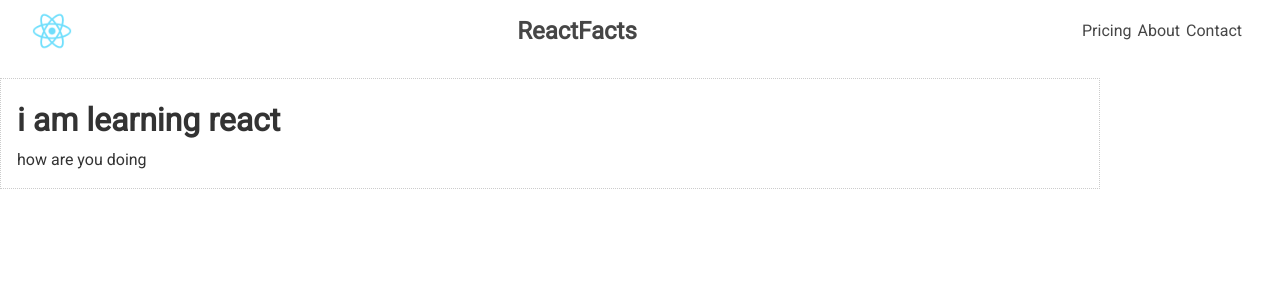
Repository: Richswag009/my-travel-journal
Page: /
The author's editor kept a copy of each file at every save. The page is drawn from the files as they stood at one save, then again after the next save.
The browser window is 1280 px wide. The pictures show the whole page.
The project was rebuilt for these pictures with package versions that can differ from the ones it lists, and the page was loaded fresh each time.

Above is the page before, as saved 2022-06-14 17:43:38.

### public/index.html
<!DOCTYPE html>
<html lang="en">
  <head>
    <meta charset="utf-8" />
    <link rel="icon" href="%PUBLIC_URL%/favicon.ico" />
    <meta name="viewport" content="width=device-width, initial-scale=1" />
    <meta name="theme-color" content="#000000" />
    <meta name="description"content="Web site created using create-react-app"/>
    <link rel="apple-touch-icon" href="%PUBLIC_URL%/logo192.png" />
    <link rel="manifest" href="%PUBLIC_URL%/manifest.json" />
    <title>React Fact</title>
  </head>
  <body>
    <noscript>You need to enable JavaScript to run this app.</noscript>
    <div id="root"></div>

  </body>
</html>

### src/App.js

import React,{Component} from 'react';
import './App.css';
import Maincontent from './component/maincontent/Maincontent';
import Navbar from './component/layout/Navbar';
// import Users from './component/users/Users';
class App extends Component{
  render(){

    return (
      <div className="App">
       <Navbar/>
       <Maincontent/>
        </div>
    );
  }
}

export default App;

### src/App.css
@import url('https://fonts.googleapis.com/css?family=Roboto');

/* Global Styles */
:root {
  --primary-color: #dc3545;
  --dark-color: #333333;
  --light-color: #f4f4f4;
  --danger-color: #dc3545;
  --success-color: #28a745;
}

* {
  box-sizing: border-box;
  margin: 0;
  padding: 0;
}

body {
  font-family: 'Roboto', sans-serif;
  font-size: 1rem;
  line-height: 1.6;
  background-color: #fff;
  color: #333;
}

a {
  color: var(--primary-color);
  text-decoration: none;
}

a:hover {
  color: #666;
}

ul {
  list-style: none;
}

img {
  width: 100%;
}

/* Utilities */
.container {
  max-width: 1100px;
  margin: auto;
  overflow: hidden;
  padding: 0 2rem;
}

/* Text Styles*/
.x-large {
  font-size: 4rem;
  line-height: 1.2;
  margin-bottom: 1rem;
}

.large {
  font-size: 3rem;
  line-height: 1.2;
  margin-bottom: 1rem;
}

.lead {
  font-size: 1.5rem;
  margin-bottom: 1rem;
}

.text-center {
  text-align: center;
}

.text-primary {
  color: var(--primary-color);
}

.text-dark {
  color: var(--dark-color);
}

.text-success {
  color: var(--success-color);
}

.text-danger {
  color: var(--danger-color);
}

.text-center {
  text-align: center;
}

.text-right {
  text-align: right;
}

.text-left {
  text-align: left;
}

/* Center All */
.all-center {
  display: flex;
  flex-direction: column;
  width: 100%;
  margin: auto;
  justify-content: center;
  align-items: center;
  text-align: center;
}

/* Cards */
.card {
  padding: 1rem;
  border: #ccc 1px dotted;
  margin: 0.7rem 0;
}

/* List */
.list {
  margin: 0.5rem 0;
}

.list li {
  padding-bottom: 0.3rem;
}

/* Padding */
.p {
  padding: 0.5rem;
}
.p-1 {
  padding: 1rem;
}
.p-2 {
  padding: 2rem;
}
.p-3 {
  padding: 3rem;
}
.py {
  padding: 0.5rem 0;
}
.py-1 {
  padding: 1rem 0;
}
.py-2 {
  padding: 2rem 0;
}
.py-3 {
  padding: 3rem 0;
}

/* Margin */
.m {
  margin: 0.5rem;
}
.m-1 {
  margin: 1rem;
}
.m-2 {
  margin: 2rem;
}
.m-3 {
  margin: 3rem;
}
.my {
  margin: 0.5rem 0;
}
.my-1 {
  margin: 1rem 0;
}
.my-2 {
  margin: 2rem 0;
}
.my-3 {
  margin: 3rem 0;
}

/* Grid */
.grid-2 {
  display: grid;
  grid-template-columns: repeat(2, 1fr);
  grid-gap: 1rem;
}

.grid-3 {
  display: grid;
  grid-template-columns: repeat(3, 1fr);
  grid-gap: 1rem;
}

.grid-4 {
  display: grid;
  grid-template-columns: repeat(4, 1fr);
  grid-gap: 1rem;
}

.btn {
  display: inline-block;
  background: var(--light-color);
  color: #333;
  padding: 0.4rem 1.3rem;
  font-size: 1rem;
  border: none;
  cursor: pointer;
  margin-right: 0.5rem;
  transition: opacity 0.2s ease-in;
  outline: none;
}

.btn-link {
  background: none;
  padding: 0;
  margin: 0;
}

.btn-block {
  display: block;
  width: 100%;
}

.btn-sm {
  font-size: 0.8rem;
  padding: 0.3rem 1rem;
  margin-right: 0.2rem;
}

.badge {
  display: inline-block;
  font-size: 0.8rem;
  padding: 0.2rem 0.7rem;
  text-align: center;
  margin: 0.3rem;
  background: var(--light-color);
  color: #333;
  border-radius: 5px;
}

.alert {
  padding: 0.7rem;
  margin: 1rem 0;
  opacity: 0.9;
  background: var(--light-color);
  color: #333;
}

.btn-primary,
.bg-primary,
.badge-primary,
.alert-primary {
  background: var(--primary-color);
  color: #fff;
}

.btn-light,
.bg-light,
.badge-light,
.alert-light {
  background: var(--light-color);
  color: #333;
}

.btn-dark,
.bg-dark,
.badge-dark,
.alert-dark {
  background: var(--dark-color);
  color: #fff;
}

.btn-danger,
.bg-danger,
.badge-danger,
.alert-danger {
  background: var(--danger-color);
  color: #fff;
}

.btn-success,
.bg-success,
.badge-success,
.alert-success {
  background: var(--success-color);
  color: #fff;
}

.btn-white,
.bg-white,
.badge-white,
.alert-white {
  background: #fff;
  color: #333;
  border: #ccc solid 1px;
}

.btn:hover {
  opacity: 0.8;
}

.bg-light,
.badge-light {
  border: #ccc solid 1px;
}

.round-img {
  border-radius: 50%;
}

/* Forms */
input {
  margin: 1.2rem 0;
}

.form-text {
  display: block;
  margin-top: 0.3rem;
  color: #888;
}

input[type='text'],
input[type='email'],
input[type='password'],
input[type='date'],
select,
textarea {
  display: block;
  width: 100%;
  padding: 0.4rem;
  font-size: 1.2rem;
  border: 1px solid #ccc;
}

input[type='submit'],
button {
  font: inherit;
}

table th,
table td {
  padding: 1rem;
  text-align: left;
}

table th {
  background: var(--light-color);
}

/* Navbar */
.navbar {
  display: flex;
  justify-content: space-between;
  align-items: center;
  padding: 0.7rem 2rem;
  z-index: 1;
  width: 100%;
  opacity: 0.9;
  margin-bottom: 1rem;
}

.navbar ul {
  display: flex;
}
.navbar ul li{
  padding-right:6px ;
}

.navbar a {
  color: #fff;
  padding: 0.45rem;
  margin: 0 0.25rem;
}

.navbar a:hover {
  color: var(--light-color);
}

.navbar .welcome span {
  margin-right: 0.6rem;
}

/* Mobile Styles */
@media (max-width: 700px) {
  .hide-sm {
    display: none;
  }

  .grid-2,
  .grid-3,
  .grid-4 {
    grid-template-columns: 1fr;
  }

  /* Text Styles */
  .x-large {
    font-size: 3rem;
  }

  .large {
    font-size: 2rem;
  }

  .lead {
    font-size: 1rem;
  }

  /* Navbar */
  .navbar {
    display: block;
    text-align: center;
  }

  .navbar ul {
    text-align: center;
    justify-content: center;
  }
}

### src/component/maincontent/Maincontent.js
import React, { Component } from 'react'

export default class Maincontent extends Component {



    render() {
        return (
            <div className='container card'>
                <h1>i am learning react</h1>
                <p>how are you doing</p>
            </div>
        )
    }

}

### src/component/layout/Navbar.js
import React, { Component } from 'react'
import logo from '../layout/logo192.png'


export default class Navbar extends Component {


    render() {
        return (
            <div>
                <nav className='navbar'>
                 <img src={logo} alt="" style={{width:'40px',dispaly:'block'}} />
                 <h1>ReactFacts</h1>

                <ul className='px-2'>
                    <li>Pricing </li>
                    <li>About </li>
                    <li>Contact </li>
                </ul>
                </nav>
            </div>
        )
    }
}

Loaded but not shown: src/index.js (common file)

After the next save:
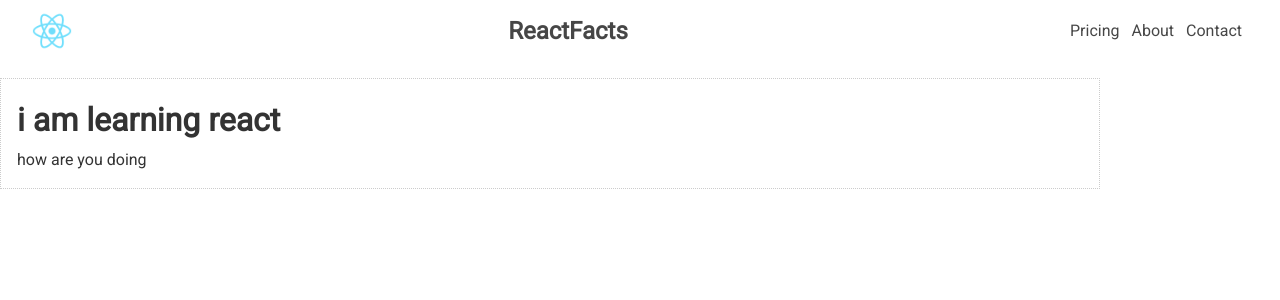
Saved 21 s later.
--- a/src/App.css
+++ b/src/App.css
@@ -362,7 +362,7 @@
   display: flex;
 }
 .navbar ul li{
-  padding-right:6px ;
+  padding:6px ;
 }
 
 .navbar a {
